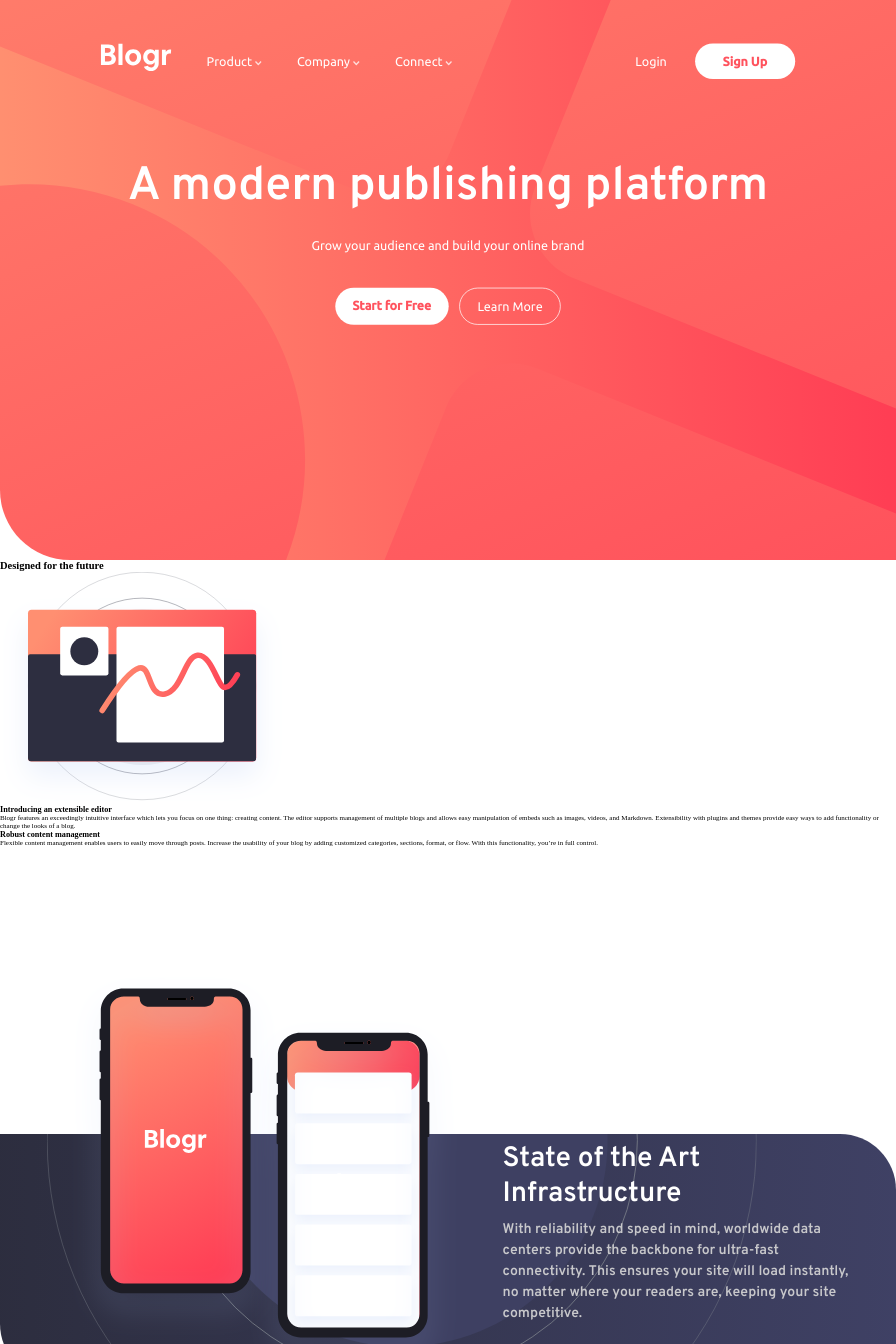
Repository: tomas938/tomaspage3
Page: index.html
An editor plug-in stored every save of this project. The page is shown before and after the next save, followed by the edit.
The browser window is 1280 px wide. The pictures show the part of the page from y = 0 to 1920 px (the page is 3367 px tall), at 70% of full size.
The style sheet was rebuilt from its Sass, Less or Tailwind sources for each picture, by a compiler version that may differ from the author's.

Above is the page before, as saved 2021-08-02 19:59:57.

### index.html
<!DOCTYPE html>
<html lang="en">
	<head>
		<meta charset="UTF-8" />
		<meta name="viewport" content="width=device-width, initial-scale=1.0" />
		<!-- displays site properly based on user's device -->

		<link
			rel="icon"
			type="image/png"
			sizes="32x32"
			href="./images/favicon-32x32.png"
		/>

		<title>Frontend Mentor | [Blogr]</title>

		<link rel="stylesheet" href="./scss/main.css" />
	</head>
	<body>
		<section class="intro">
			<header>
				<nav class="intro__navigation">
					<div class="intro__navigation__logo">
						<svg width="101" height="40" xmlns="http://www.w3.org/2000/svg">
							<path
								d="M0 30.803V1.486h10.653c1.982 0 3.695.31 5.14.93 1.446.619 2.56 1.5 3.345 2.642.785 1.142 1.177 2.484 1.177 4.026 0 1.404-.303 2.636-.909 3.695a6.48 6.48 0 01-2.56 2.498c1.487.578 2.643 1.494 3.469 2.746.826 1.253 1.239 2.732 1.239 4.439 0 1.707-.44 3.18-1.322 4.418-.88 1.239-2.12 2.202-3.716 2.89-1.596.688-3.482 1.033-5.657 1.033H0zM5.946 6.565v6.73h4.046c1.35 0 2.388-.282 3.118-.846.73-.564 1.094-1.397 1.094-2.498 0-1.101-.365-1.94-1.094-2.519-.73-.578-1.769-.867-3.118-.867H5.946zm0 19.159h4.624c1.542 0 2.732-.33 3.572-.991.84-.66 1.26-1.61 1.26-2.85 0-1.238-.42-2.188-1.26-2.848-.84-.66-2.03-.991-3.572-.991H5.946v7.68zm19.282 5.079V0h5.781v30.803h-5.78zm20.893.619c-1.624 0-3.124-.29-4.5-.867a10.94 10.94 0 01-3.593-2.416 10.96 10.96 0 01-2.374-3.654c-.564-1.404-.846-2.931-.846-4.583 0-1.652.289-3.173.867-4.563a11.354 11.354 0 012.415-3.654 10.96 10.96 0 013.634-2.436c1.39-.578 2.91-.867 4.562-.867 1.625 0 3.125.289 4.501.867a10.94 10.94 0 013.592 2.416 11.01 11.01 0 012.375 3.633c.564 1.39.846 2.911.846 4.563 0 1.651-.289 3.179-.867 4.583a11.297 11.297 0 01-2.416 3.675 10.96 10.96 0 01-3.633 2.436c-1.39.578-2.911.867-4.563.867zm.083-5.203c1.046 0 1.982-.275 2.808-.825.825-.551 1.48-1.301 1.96-2.25.483-.95.723-2.03.723-3.242 0-1.211-.24-2.292-.722-3.241-.482-.95-1.136-1.7-1.961-2.25-.826-.551-1.762-.826-2.808-.826-1.046 0-1.982.275-2.808.825-.826.55-1.48 1.301-1.961 2.25-.482.95-.723 2.03-.723 3.242 0 1.211.241 2.292.723 3.241.482.95 1.135 1.7 1.961 2.25.826.551 1.762.826 2.808.826zm24.155 3.964a9.13 9.13 0 01-3.86-.826 9.492 9.492 0 01-3.118-2.291c-.881-.977-1.57-2.12-2.065-3.427-.495-1.308-.743-2.719-.743-4.233 0-1.569.255-3.02.764-4.356a10.614 10.614 0 012.147-3.489 10.174 10.174 0 013.22-2.333c1.225-.564 2.554-.846 3.985-.846 1.404 0 2.67.282 3.799.846a7.402 7.402 0 012.807 2.457l.124-2.684h5.327v19.2c0 1.68-.269 3.207-.805 4.584-.537 1.376-1.301 2.56-2.292 3.55a10.231 10.231 0 01-3.53 2.292c-1.363.537-2.87.805-4.522.805-1.624 0-3.083-.254-4.376-.764a10.468 10.468 0 01-3.386-2.126 10.035 10.035 0 01-2.271-3.18L67.097 32a5.452 5.452 0 001.92 1.879c.784.454 1.672.681 2.663.681 1.074 0 2.003-.24 2.787-.723.785-.481 1.397-1.156 1.838-2.023.44-.867.66-1.879.66-3.035v-1.775a7.793 7.793 0 01-2.828 2.333c-1.143.564-2.402.846-3.778.846zm1.404-5.12c1.018 0 1.92-.254 2.704-.764a5.556 5.556 0 001.879-2.064c.468-.867.702-1.851.702-2.952 0-1.102-.234-2.086-.702-2.953a5.556 5.556 0 00-1.879-2.064c-.784-.51-1.686-.764-2.704-.764-1.019 0-1.92.255-2.705.764a5.556 5.556 0 00-1.879 2.064c-.468.867-.702 1.851-.702 2.953 0 1.1.234 2.085.702 2.952a5.556 5.556 0 001.88 2.064c.784.51 1.685.764 2.704.764zm15.607 5.74V9h5.327l.206 3.304c.55-1.157 1.294-2.044 2.23-2.664.936-.62 2.037-.929 3.303-.929.386 0 .77.035 1.156.103.386.07.73.159 1.033.269l-.62 5.698a4.361 4.361 0 00-.929-.227 7.495 7.495 0 00-.97-.062c-1.597 0-2.822.489-3.675 1.466-.853.977-1.28 2.36-1.28 4.15v10.694h-5.78z"
								fill="#FFF"
								fill-rule="nonzero"
							/>
						</svg>
						<ul>
							<li>
								<a href="#">Product</a>
								<svg
									id="mobileArrow"
									xmlns="http://www.w3.org/2000/svg"
									width="10"
									height="7"
								>
									<path
										fill="none"
										stroke="#FFF"
										stroke-width="2"
										opacity=".75"
										d="M1 1l4 4 4-4"
									/>
								</svg>
								<div class="dropdown__desktop" id="product">
									<a href="#">Overview</a>
									<a href="#">Marketplace</a>
									<a href="#">Features</a>
									<a href="#">Integrations</a>
									<a href="#">pricing</a>
								</div>
							</li>
							<li>
								<a href="#">Company</a>
								<svg
									id="mobileArrow"
									xmlns="http://www.w3.org/2000/svg"
									width="10"
									height="7"
								>
									<path
										fill="none"
										stroke="#FFF"
										stroke-width="2"
										opacity=".75"
										d="M1 1l4 4 4-4"
									/>
								</svg>
								<div class="dropdown__desktop" id="company">
									<a href="#">About</a>
									<a href="#">Team</a>
									<a href="#">Blog</a>
									<a href="#">Careers</a>
								</div>
							</li>
							<li>
								<a href="#">Connect</a>
								<svg
									id="mobileArrow"
									xmlns="http://www.w3.org/2000/svg"
									width="10"
									height="7"
								>
									<path
										fill="none"
										stroke="#FFF"
										stroke-width="2"
										opacity=".75"
										d="M1 1l4 4 4-4"
									/>
								</svg>
								<div class="dropdown__desktop" id="connect">
									<a href="#">Contact</a>
									<a href="#">Newsletter</a>
									<a href="#">LinkedIn</a>
								</div>
							</li>
						</ul>
					</div>
					<div class="intro__navigation__login">
						<div class="button button--1">Login</div>
						<div class="button button--2">Sign Up</div>
					</div>
					<div class="intro__navigation__mobile" id="mobileBtn">
						<span class="line1"></span>
						<span class="line2"></span>
						<span class="line3"></span>
					</div>

					<ul class="mobile__links">
						<li class="product arrowProduct">
							<a href="#">Product</a>
							<svg
								class="arrowProduct"
								id="mobileArrow"
								xmlns="http://www.w3.org/2000/svg"
								width="10"
								height="7"
							>
								<path
									fill="none"
									stroke="hsl(356, 100%, 66%)"
									stroke-width="2"
									opacity=".75"
									d="M1 1l4 4 4-4"
								/>
							</svg>
							<div class="dropdown">
								<a href="#">Overview</a>
								<a href="#">Marketplace</a>
								<a href="#">Features</a>
								<a href="#">Integrations</a>
								<a href="#">pricing</a>
							</div>
						</li>
						<li class="company arrowCompany">
							<a href="#">Company</a>
							<svg
								class="arrowCompany"
								id="mobileArrow"
								xmlns="http://www.w3.org/2000/svg"
								width="10"
								height="7"
							>
								<path
									fill="none"
									stroke="hsl(356, 100%, 66%)"
									stroke-width="2"
									opacity=".75"
									d="M1 1l4 4 4-4"
								/>
							</svg>
							<div class="dropdown">
								<a href="#">About</a>
								<a href="#">Team</a>
								<a href="#">Blog</a>
								<a href="#">Careers</a>
							</div>
						</li>
						<li class="connect arrowConnect">
							<a href="#">Connect</a>
							<svg
								class="arrowConnect"
								id="mobileArrow"
								xmlns="http://www.w3.org/2000/svg"
								width="10"
								height="7"
							>
								<path
									fill="none"
									stroke="hsl(356, 100%, 66%)"
									stroke-width="2"
									opacity=".75"
									d="M1 1l4 4 4-4"
								/>
							</svg>
							<div class="dropdown">
								<a href="#">Contact</a>
								<a href="#">Newsletter</a>
								<a href="#">LinkedIn</a>
							</div>
						</li>
						<div class="buttons">
							<div class="button button--1">Login</div>
							<div class="button button--2">Sign Up</div>
						</div>
					</ul>
				</nav>
			</header>
			<div class="intro__description">
				<h1>A modern publishing platform</h1>
				<p>Grow your audience and build your online brand</p>
				<div class="intro__description__buttons">
					<div class="button button--3">Start for Free</div>
					<div class="button button--4">Learn More</div>
				</div>
			</div>
		</section>
		<section class="about">
			<h2>Designed for the future</h2>
			<div class="about__container">
				<img src="/images/illustration-editor-mobile.svg" alt="" />
				<div class="about__container__items">
					<div class="content">
						<h3>Introducing an extensible editor</h3>
						<p>
							Blogr features an exceedingly intuitive interface which lets you
							focus on one thing: creating content. The editor supports
							management of multiple blogs and allows easy manipulation of
							embeds such as images, videos, and Markdown. Extensibility with
							plugins and themes provide easy ways to add functionality or
							change the looks of a blog.
						</p>
					</div>
					<div class="content">
						<h3>Robust content management</h3>
						<p>
							Flexible content management enables users to easily move through
							posts. Increase the usability of your blog by adding customized
							categories, sections, format, or flow. With this functionality,
							you’re in full control.
						</p>
					</div>
				</div>
			</div>
		</section>
		<section class="mobiles">
			<img src="/images/illustration-phones.svg" alt="" />
			<div class="mobiles__content">
				<h2>State of the Art Infrastructure</h2>
				<p>
					With reliability and speed in mind, worldwide data centers provide the
					backbone for ultra-fast connectivity. This ensures your site will load
					instantly, no matter where your readers are, keeping your site
					competitive.
				</p>
			</div>
		</section>
		<section class="desktop">
			<div class="desktop__container">
				<img src="/images/illustration-laptop-mobile.svg" alt="" />
				<div class="desktop__container__items">
					<div class="content">
						<h3>Free, open, simple</h3>
						<p>
							Blogr is a free and open source application backed by a large
							community of helpful developers. It supports features such as code
							syntax highlighting, RSS feeds, social media integration,
							third-party commenting tools, and works seamlessly with Google
							Analytics. The architecture is clean and is relatively easy to
							learn.
						</p>
					</div>
					<div class="content">
						<h3>Powerful tooling</h3>
						<p>
							Batteries included. We built a simple and straightforward CLI tool
							that makes customization and deployment a breeze, but capable of
							producing even the most complicated sites.
						</p>
					</div>
				</div>
			</div>
		</section>
		<footer>
			<div class="logo">
				<img src="/images/logo.svg" alt="" />
			</div>
			<div class="product">
				<h5>Product</h5>
				<a href="#">Overview</a>
				<a href="#">Pricing</a>
				<a href="#">Marketplace</a>
				<a href="#">Features</a>
				<a href="#">Integrations</a>
			</div>
			<div class="company">
				<h5>Company</h5>
				<a href="#">About</a>
				<a href="#">Team</a>
				<a href="#">Blog</a>
				<a href="#">Careers</a>
			</div>
			<div class="connect">
				<h5>Connect</h5>
				<a href="#">Connect</a>
				<a href="#">Newsletter</a>
				<a href="#">LinkedIn</a>
			</div>
		</footer>

		<script src="main.js"></script>
	</body>
</html>

### scss/main.scss
@import "../scss_partials/variables";
@import "../scss_partials/resets";
@import "../scss_partials/intro";
@import "../scss_partials/about";
@import "../scss_partials/mobiles";
@import "../scss_partials/desktop";
@import "../scss_partials/footer";

### scss_partials/_variables.scss
//Colors

/* PRIMARY */

$light-red: hsl(356, 100%, 66%);
$very-light-red: hsl(355, 100%, 74%);
$very-dark-blue: hsl(208, 49%, 24%);

/* NEUTRAL */

$white: hsl(0, 0%, 100%);
$grayish-blue: hsl(240, 2%, 79%); //Footer Text
$very-dark-grayish-blue: hsl(207, 13%, 34%);
$very-dark-black-blue: hsl(240, 10%, 16%); //Footer Background

/* GRADIENT */

$very-light-red-gradient: hsl(13, 100%, 72%); // Intro /CTA
$light-red-gradient: hsl(353, 100%, 62%); // Intro /CTA

$very-dark-gray-blue: hsl(237, 17%, 21%); // Background body gradient
$very-dark-desaturated-blue: hsl(237, 23%, 32%); // Background body gradient

//Fonts

@import url("https://fonts.googleapis.com/css2?family=Overpass:wght@300;600&display=swap");

$font-primary: "Overpass", sans-serif;
$font-weight-primary-light: 300;
$font-weight-primary-bold: 600;

@import url("https://fonts.googleapis.com/css2?family=Ubuntu:ital,wght@0,400;0,500;1,700&display=swap");

$font-secondary: "Ubuntu", sans-serif;

$font-weight-secondary-light: 400;
$font-weight-secondary-medium: 500;
$font-weight-secondary-bold: 700;

### scss_partials/_resets.scss
* {
	margin: 0;
	padding: 0;
	box-sizing: border-box;
}
html {
	font-size: 62.5%;
	@media only screen and (max-width: 1000px) {
		font-size: 52.5%;
	}
}
li {
	list-style: none;
}
a {
	text-decoration: none;
}

### scss_partials/_intro.scss
.intro {
	height: 80rem;
	background-image: url(../images/bg-pattern-intro.svg),
		linear-gradient(to right, $very-light-red-gradient, $light-red-gradient);
	background-position: center center;
	border-bottom-left-radius: 10rem;
	font-family: $font-secondary;
	font-weight: $font-weight-secondary-light;
	color: $white;
	font-size: 1.8rem;
	header {
		width: 100%;
	}
	&__navigation {
		width: 77.5%;
		@media only screen and (max-width: 900px) {
			width: 90%;
		}
		margin: auto;
		padding: 6.2rem 0;
		display: flex;
		justify-content: space-between;
		&__logo {
			display: flex;
		}
		ul {
			display: flex;
			align-items: center;
			@media only screen and (max-width: 900px) {
				display: none;
			}
		}
		li {
			margin-left: 5rem;
		}

		a {
			color: $white;
		}
		&__login {
			display: flex;
			align-items: center;
			@media only screen and (max-width: 900px) {
				display: none;
			}
		}
		&__mobile {
			display: flex;
			display: none;
			@media only screen and (max-width: 900px) {
				display: flex;
			}
			align-items: center;
			flex-direction: column;
			justify-content: center;
			span {
				width: 3.5rem;
				height: 0.4rem;
				background-color: $white;
				margin-top: 0.7rem;
			}
		}
		.mobile__links {
			opacity: 0;
			position: absolute;
			background-color: $white;
			padding: 5rem;
			height: auto;
			top: 15%;
			transition: all 0.5s ease-in-out;
			width: 90%;
			transform: translateX(-110%);
			font-family: $font-primary;
			font-weight: $font-weight-primary-bold;
			display: flex;
			flex-direction: column;
			margin: auto;
			box-shadow: 1px 3px 46px -10px #000000;
			svg {
				transform: scale(1);
				fill: $light-red;
				cursor: pointer;
			}

			li {
				margin-bottom: 4rem;
				margin-left: 0rem;
				position: relative;
				text-align: center;
			}

			a {
				color: $very-dark-black-blue;
				font-size: 2.2rem;
			}
			.buttons {
				width: 100%;
				border-top: 3px solid $grayish-blue;
			}
			.button--1 {
				width: 15rem;
				margin: auto;
				font-size: 2.2rem;
				color: $very-dark-black-blue;
			}
			.button--2 {
				text-align: center;
				width: 15rem;
				margin: auto;
				color: $white;
				background: linear-gradient(to right, $very-light-red, $light-red);
			}
		}
	}
	.active {
		opacity: 1;
		transition: all 0.7s ease-in-out;
		visibility: visible;
		transform: translateX(0%);
	}
	&__description {
		h1 {
			padding: 5rem 0 3rem 0;
			font-size: 6.7rem;
			text-align: center;
			font-family: $font-primary;
			font-weight: $font-weight-primary-bold;
			@media only screen and (max-width: 900px) {
				width: 90%;
				margin: auto;
			}
			@media only screen and (max-width: 800px) {
				font-size: 4.7rem;
			}
			@media only screen and (max-width: 565px) {
				font-size: 3.7rem;
			}
		}
		p {
			text-align: center;
			@media only screen and (max-width: 900px) {
				width: 90%;
				margin: auto;
			}
		}
		&__buttons {
			padding: 5rem 0;
			margin: auto;
			display: flex;
			justify-content: center;
		}
	}
}
.button {
	cursor: pointer;
	padding: 1.5rem 4rem;
	border-radius: 3rem;
}
.button--2 {
	background-color: $white;
	color: $light-red;
	font-family: $font-secondary;
	font-weight: $font-weight-secondary-bold;
	transition: all 0.3s ease-in-out;
}
.button--2:hover {
	background-color: hsla(0, 0%, 100%, 0.267);
	color: $white;
}
.button--3 {
	background-color: $white;
	color: $light-red;
	font-family: $font-secondary;
	font-weight: $font-weight-secondary-bold;
	transition: all 0.3s ease-in-out;
	padding: 1.5rem 2.5rem;
	@media only screen and (max-width: 300px) {
		padding: 1.5rem 1rem;
	}
}
.button--3:hover {
	background-color: hsla(0, 0%, 100%, 0.267);
	color: $white;
}
.button--4 {
	margin-left: 1.5rem;
	border: 1px solid $white;
	padding: 1.5rem 2.5rem;
	@media only screen and (max-width: 300px) {
		padding: 1.5rem 1rem;
	}
}
.flip {
	transform: rotate(180deg) !important;
}
.activate {
	svg {
		transform: rotate(180deg) !important;
	}
	.dropdown {
		display: flex !important;
	}
	.dropdown__desktop {
		display: flex !important;
	}
}
.dropdown {
	display: none !important;
	border-radius: 5px;
	margin-top: 4rem;
	padding: 0 10rem;
	background-color: $grayish-blue;
	display: flex;
	flex-direction: column;

	a {
		padding: 2rem;
		margin-bottom: 1rem;
	}
}
.active {
	display: flex !important;
}
svg {
	cursor: pointer;
}
.dropdown__desktop {
	display: none !important;
	border-radius: 5px;

	margin-top: 4rem;
	padding: 0 5rem;
	background-color: $white;
	display: flex;
	flex-direction: column;

	a {
		color: $very-dark-gray-blue;
		padding: 2rem;
		margin-bottom: 1rem;
	}
}
.dropdown__desktop,
#company {
	position: absolute;
	left: 20%;
}
.dropdown__desktop,
#product {
	position: absolute;
	left: 40%;
}
.dropdown__desktop,
#connect {
	position: absolute;
	left: 60%;
}

### scss_partials/about.scss
.about {
	height: 100vh;
}

### scss_partials/_footer.scss
footer {
	padding: 10rem 15rem;
	background-color: $very-dark-black-blue;
	color: $grayish-blue;
	border-top-right-radius: 15rem;
	display: flex;
	flex-direction: column;
	align-items: center;
	font-family: $font-primary;
	@media only screen and (max-width: 800px) {
		padding: 10rem 0rem;
	}
	@media only screen and (min-width: 500px) {
		flex-direction: row;
		align-items: flex-start;
		justify-content: space-around;
	}
	.product {
		display: flex;
		flex-direction: column;
		align-items: flex-start;
		padding: 2rem;
		@media only screen and (min-width: 500px) {
			padding: 0rem;
			justify-items: flex-start;
		}
	}
	.company {
		display: flex;
		flex-direction: column;
		align-items: flex-start;
		padding: 2rem;
		@media only screen and (min-width: 500px) {
			padding: 0rem;
			justify-items: flex-start;
		}
	}
	.connect {
		display: flex;
		flex-direction: column;
		align-items: flex-start;
		padding: 2rem;
		@media only screen and (min-width: 500px) {
			padding: 0rem;
			justify-items: flex-start;
		}
	}
	a {
		color: $grayish-blue;
		font-size: 2rem;
		margin-bottom: 1rem;
		position: relative;
	}
	a::before {
		content: "";
		position: absolute;
		top: 23px;
		width: 50%;
		left: 20%;
		height: 0.3rem;
		background-color: $grayish-blue;
		opacity: 0;
		transition: all 0.3s ease-in-out;
	}
	a:hover::before {
		opacity: 1;
		left: 0;
		width: 100%;
		transition: all 0.3s ease-in-out;
	}
	h5 {
		font-size: 2.5rem;
		padding: 3rem;
		padding-left: 0;
		color: $white;
		@media only screen and (min-width: 500px) {
			padding-top: 0rem;
		}
	}
}

Loaded but not shown: main.js (17 lines, source omitted); scss_partials/_mobiles.scss (80 lines, source omitted); scss_partials/_desktop.scss (74 lines, source omitted)

After the next save:
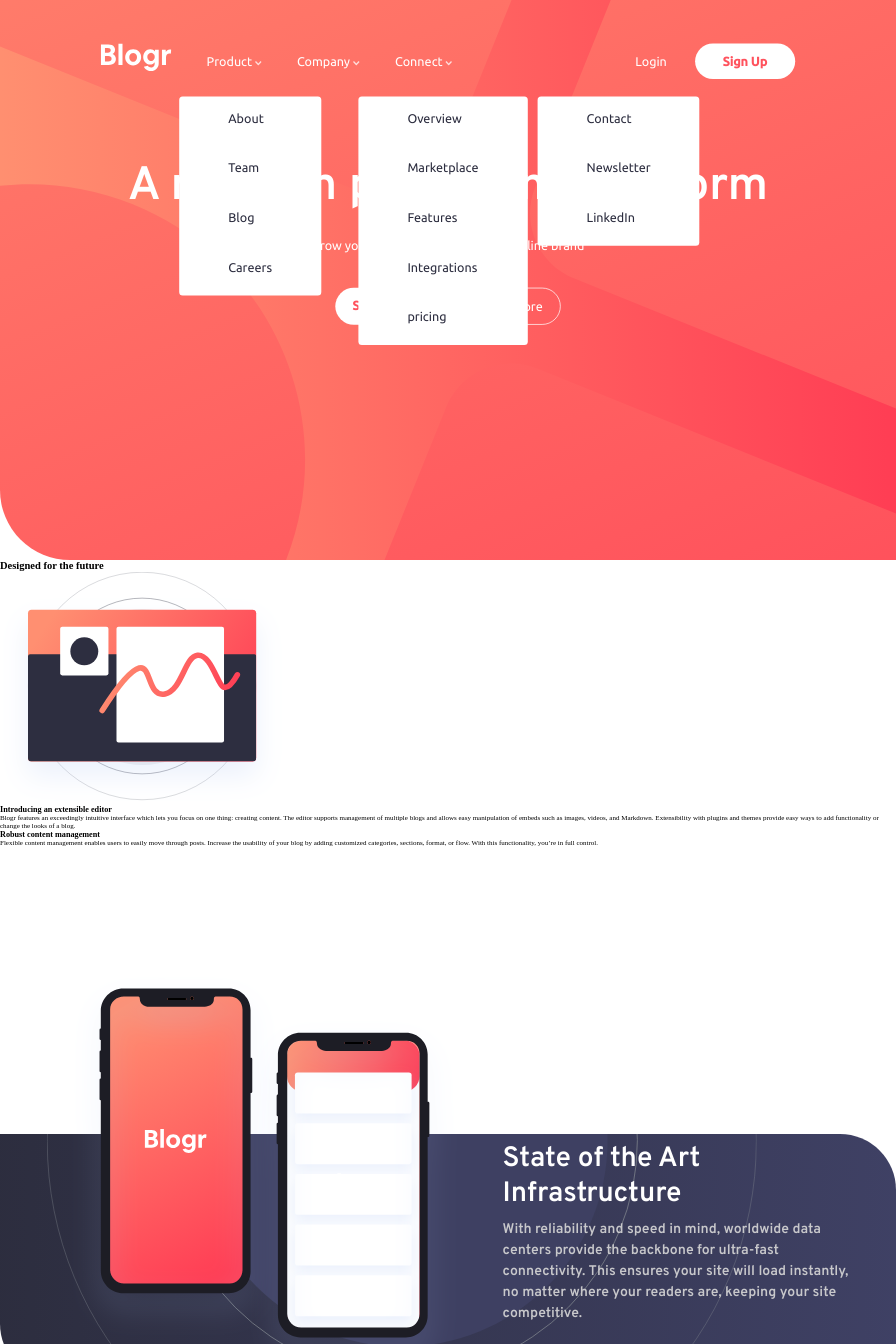
Saved 7 s later.
--- a/scss_partials/_intro.scss
+++ b/scss_partials/_intro.scss
@@ -225,7 +225,7 @@
 	cursor: pointer;
 }
 .dropdown__desktop {
-	display: none !important;
+	// display: none !important;
 	border-radius: 5px;
 
 	margin-top: 4rem;

After the save that followed:
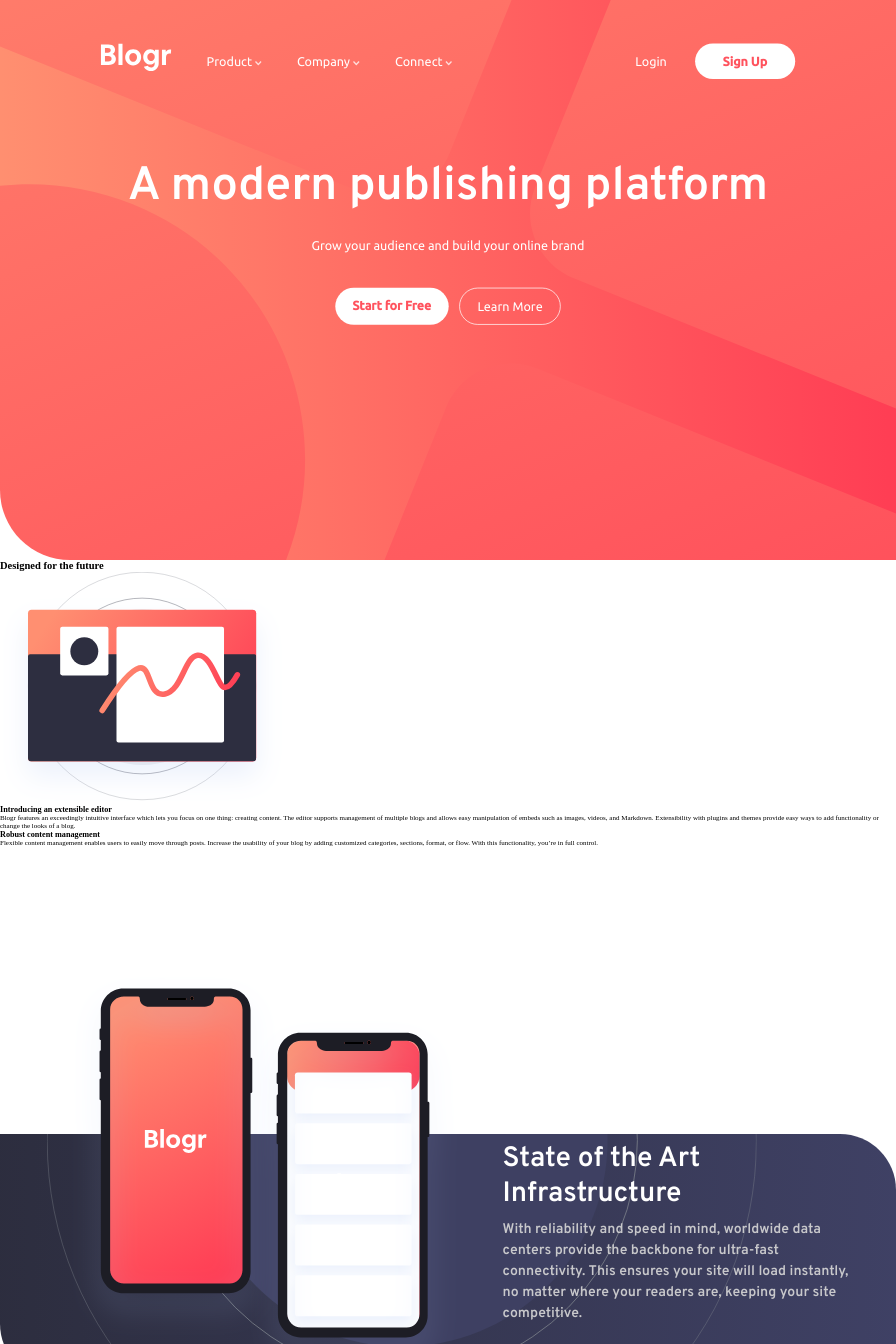
Saved 10 s later.
--- a/scss_partials/_intro.scss
+++ b/scss_partials/_intro.scss
@@ -225,7 +225,7 @@
 	cursor: pointer;
 }
 .dropdown__desktop {
-	// display: none !important;
+	display: none !important;
 	border-radius: 5px;
 
 	margin-top: 4rem;
